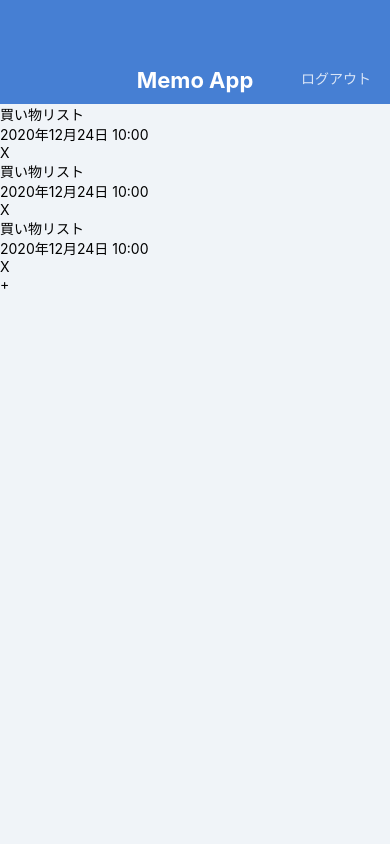
Repository: hirano-step/MemoApp
Screen: /
The author's editor kept a copy of each file at every save. The screen is drawn from the files as they stood at one save, then again after the next save.
The app was drawn by React Native's web renderer in a window 390 px wide. The project was rebuilt for these pictures with package versions that can differ from the ones it lists, and the page was loaded fresh each time.

Above is the screen before, as saved 2023-01-12 11:11:25.

After the next save:
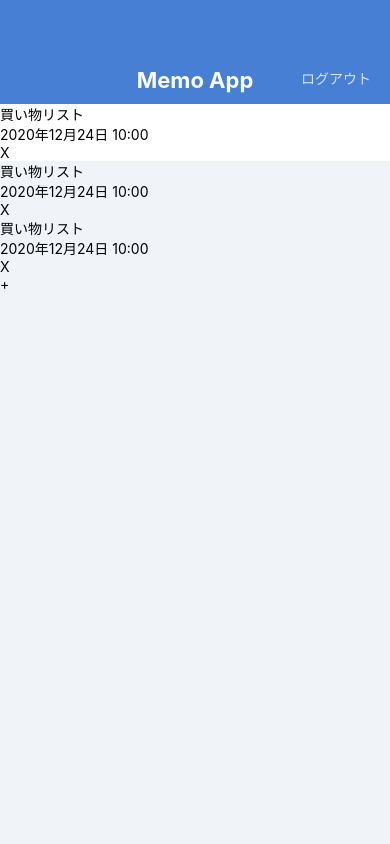
Saved 6 min 13 s later.
--- a/App.jsx
+++ b/App.jsx
@@ -11,7 +11,7 @@ export default function App() {
       </View>
 
       <View>
-        <View>
+        <View style={styles.memoListItem}>
           <View>
             <Text>買い物リスト</Text>
             <Text>2020年12月24日 10:00</Text>
@@ -77,4 +77,7 @@ const styles = StyleSheet.create({
     color: '#FFFFFF',
     fontWeight: 'bold',
   },
+  memoListItem: {
+    backgroundColor: '#FFFFFF',
+  }
 });
